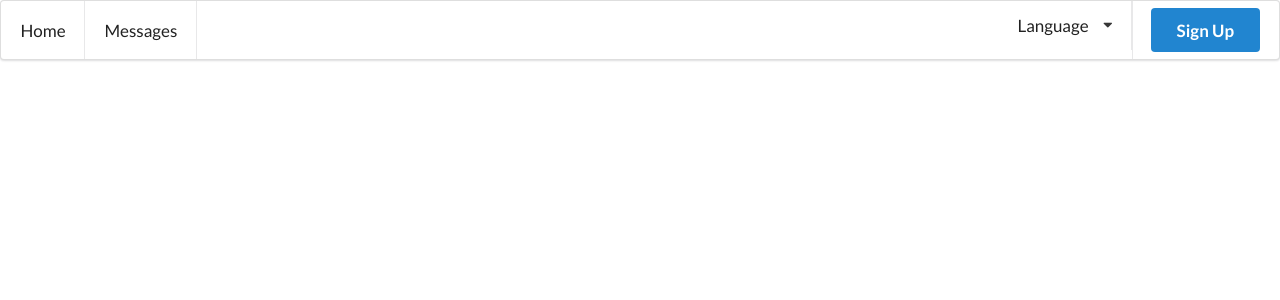
Repository: rizacantire/libraryReact
Page: /
An editor plug-in stored every save of this project. The page is shown before and after the next save, followed by the edit.
The browser window is 1280 px wide. The pictures show the whole page.
The project was rebuilt for these pictures with package versions that can differ from the ones it lists, and the page was loaded fresh each time.

Above is the page before, as saved 2021-08-09 01:11:07.

### src/App.js
import './App.css';
import 'semantic-ui-css/semantic.min.css'
import Dashboard from './layouts/Dashboard';
function App() {
  return (
    <div className="App">
      <Dashboard/>


    </div>
  );
}

export default App;

### src/layouts/Dashboard.jsx
import React from 'react'
import Navi from './Navi'

export default function Dashboard() {
    return (
    <div>
      <Navi/>
    </div>
    )
}

### src/layouts/Navi.jsx
import React from "react";
import { Button, Menu } from 'semantic-ui-react'
import Categories from './Categories'

export default function Navi() {
  return (
    <div>
      <Menu size="huge">
        <Menu.Item
          name="home"
        />
        <Menu.Item
          name="messages"
        />

        <Menu.Menu position="right">
          <Categories/>

          <Menu.Item>
            <Button primary>Sign Up</Button>
          </Menu.Item>
        </Menu.Menu>
      </Menu>
    </div>
  );
}

### src/layouts/Categories.jsx
import React from 'react'
import { Dropdown } from 'semantic-ui-react'
export default function Categories() {
    return (
        <div>
            <Dropdown item text="Language">
            <Dropdown.Menu>
              <Dropdown.Item>English</Dropdown.Item>
              <Dropdown.Item>Russian</Dropdown.Item>
              <Dropdown.Item>Spanish</Dropdown.Item>
            </Dropdown.Menu>
          </Dropdown>
        </div>
    )
}

### src/layouts/Book.jsx
import React from 'react'

export default function Book() {
    return (
        <div>
            Kitaplar
        </div>
    )
}

Loaded but not shown: public/index.html (common file); src/index.js (common file); src/index.css (common file); src/reportWebVitals.js (common file); src/App.css (common file)

After the next save:
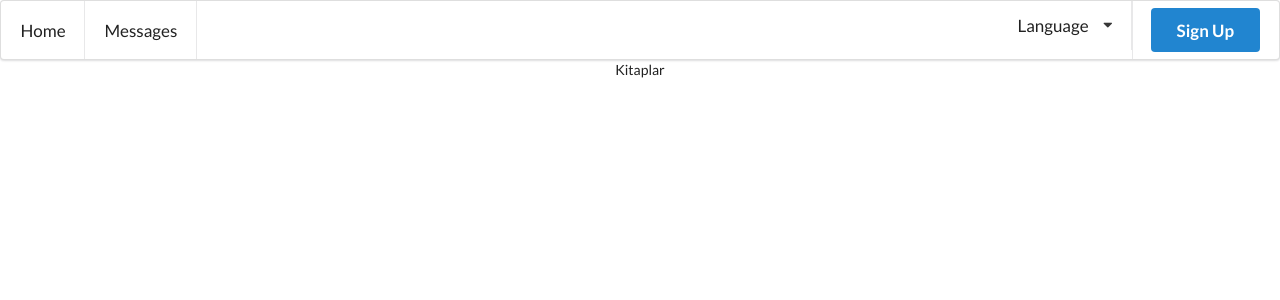
Saved 70 s later.
--- a/src/layouts/Dashboard.jsx
+++ b/src/layouts/Dashboard.jsx
@@ -1,10 +1,12 @@
 import React from 'react'
 import Navi from './Navi'
+import Book from './Book'
 
 export default function Dashboard() {
     return (
     <div>
       <Navi/>
+      <Book/>
     </div>
     )
 }
